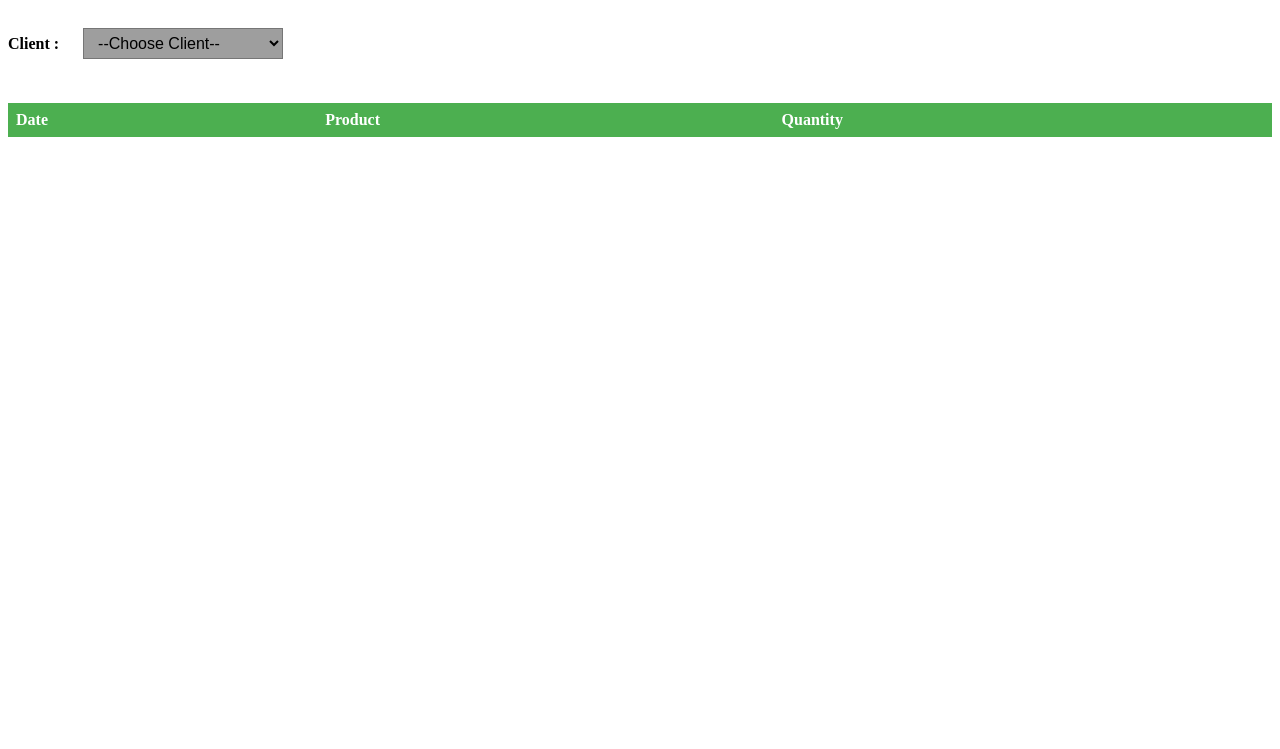
Repository: erjaimin/coding-ground
Page: http://localhost/SalesWebApp/stats.jsp
The author's editor kept a copy of each file at every save. The page is drawn from the files as they stood at one save, then again after the next save.
The browser window is 1280 px wide. The pictures show the whole page.
Pictures or frames that could not be fetched are drawn as grey boxes. Some web libraries are served in a nearby version. The page is served by Tomcat 9. Queries for data that is not in the repository find no rows.

Above is the page before, as saved 2017-11-28 18:45:59.

### SalesWebApp/WebContent/stats.jsp
<!DOCTYPE html>
<%@ page language="java" contentType="text/html; charset=UTF-8"
    pageEncoding="UTF-8"%>
<%@ page import="java.sql.*"%>
<%@ page import="java.util.Map"%>
<%@ page import="java.util.HashMap"%>
<%@ page import="java.util.LinkedHashMap"%>
<%@ taglib prefix="c" uri="http://java.sun.com/jsp/jstl/core" %>
<%! String query1 = "SELECT CUSTOMER.CUSTOMER_ID, CUSTOMER.CUSTOMER_NAME "+
	    "FROM CUSTOMER INNER JOIN SALES_ORDER ON SALES_ORDER.CUSTOMER_ID = CUSTOMER.CUSTOMER_ID "+
	    "GROUP BY CUSTOMER.CUSTOMER_ID, CUSTOMER.CUSTOMER_NAME";
	String query2 = "SELECT SUM(SALES_ORDER_LINE_ITEM.QUANTITY) AS Quantity, "+
	    "BOM.OUTPUT_DESCRIPTION AS Product, SALES_ORDER.BILLING_DATE FROM SALES_ORDER_LINE_ITEM "+
	    "INNER JOIN sales_order ON SALES_ORDER_LINE_ITEM.SALES_ORDER_ID = SALES_ORDER.SALES_ORDER_ID "+
	    "INNER JOIN CUSTOMER ON CUSTOMER.CUSTOMER_ID = SALES_ORDER.CUSTOMER_ID "+
	    "INNER JOIN BOM ON BOM.EFFECTIVE_DATE = SALES_ORDER.DELIVERY_DATE "+
	    "AND BOM.OUTPUT_PRODUCT_ID = SALES_ORDER_LINE_ITEM.PRODUCT_ID "+
	    "WHERE CUSTOMER.CUSTOMER_ID = ? GROUP BY "+
	    "BOM.OUTPUT_DESCRIPTION, SALES_ORDER.BILLING_DATE";
	String query3 ="SELECT SIM_DATE FROM CURRENT_SIM_DATE";
	/* String query3 ="SELECT SIM_DATE.SIM_DATE FROM CURRENT_SIM_DATE "+
	    "INNER JOIN SIM_DATE ON CURRENT_SIM_DATE.CUR_NB_DAYS >= SIM_DATE.NB_DAYS "+
	    "WHERE VDAY <= MAX_DAYS_PER_ROUND"; */
%>
<%
	ResultSet clients = null;
	ResultSet products = null;
	ResultSet dates = null;
	String server = "avenger.hec.ca\\erpsim";
    String database = "ERPSIM";
    String password = "ERPSIM";
	String path = null;
	Map<String, Map<String, Integer>> productDateMap = new HashMap<>();
	Map<String, Integer> dateMap = new LinkedHashMap<>();;
	try{
		/* Class.forName("com.microsoft.sqlserver.jdbc.SQLServerDriver");
        String connectionUrl = "jdbc:sqlserver://"+server+";databaseName="+database+";user=DAIRY1;password="+password+";";
        Connection connection = (Connection) DriverManager.getConnection(connectionUrl); */
        Class.forName("com.mysql.jdbc.Driver");
        String connectionUrl = "jdbc:mysql://localhost:3306/ERPSIM";
        Connection connection = (Connection) DriverManager.getConnection(connectionUrl, "root", "system");
		Statement st = connection.createStatement();
		clients = st.executeQuery(query1);
		String client = request.getParameter("client");
		if(client != "" && client != null && !client.equals("&")){
			Statement st2 = connection.createStatement(ResultSet.TYPE_SCROLL_INSENSITIVE, ResultSet.CONCUR_READ_ONLY);
			products = st2.executeQuery(query2.replace("?", client));
			Statement st3 = connection.createStatement();
			dates =  st3.executeQuery(query3);
			if(dates != null && products != null){
				while(dates.next()){
					dateMap.put(dates.getString(1), 0);
				}
				while(products.next()){
					int quantity = products.getInt(1);
					String product = products.getString(2);
					String date = products.getString(3);
					//System.out.println(product+";"+date+";"+quantity);
					Map<String, Integer> map = null;
					if(productDateMap.get(product) == null){
						productDateMap.put(product, new LinkedHashMap<>(dateMap));
						map = productDateMap.get(product);
						map.put(date, quantity);
					}else{
						map = productDateMap.get(product);
						if(map.get(date) != null){
							System.out.println(date +"=>"+map.get(date)+";"+quantity);
							map.put(date, map.get(date)+quantity);
						}
					}
					productDateMap.put(product, map);
				}
				products.beforeFirst();
			}
		}
	}catch(Exception e){
		System.out.println("Could not connect to database");
		e.printStackTrace();
	}
%>
<html>
<head>
	<meta http-equiv="Content-Type" content="text/html; charset=UTF-8">
	<title>Sales Statistics</title>
	<style type="text/css">
		.header{
			position: fixed;
		    width: 100%;
		    height: 75px;
		    background-color: white;
		    padding: 0px;
		    margin: 0;
		}
		.spacer{
			width: 100%;
   		    height: 95px;
		}
		#customerDropDown{
			  -webkit-appearance: button;
			  -webkit-padding-end: 20px;
			  -webkit-padding-start: 2px;
			  background-image: url(http://i62.tinypic.com/15xvbd5.png),
			    -webkit-linear-gradient(#fafafa, #f4f4f4 40%, #e5e5e5);
			  background-position: 97% center;
			  background-repeat: no-repeat;
			  font-size: medium;
			  margin: 20px;
			  overflow: hidden;
			  padding: 5px 10px;
			  text-overflow: ellipsis;
			  white-space: nowrap;
			  width: 200px;
		}
		.button {
		    border: none;
		    padding: 16px 32px;
		    text-align: center;
		    text-decoration: none;
		    display: inline-block;
		    font-size: 16px;
		    margin: 4px 2px;
		    -webkit-transition-duration: 0.4s; /* Safari */
		    transition-duration: 0.4s;
		    cursor: pointer;
		}
		.button1 {
		    background-color: white;
		    color: black;
		    border: 2px solid #e7e7e7;
		}
		.button1:hover {background-color: #e7e7e7;}
		.button2 {
		    background-color: white;
		    color: black;
		    border: 2px solid #555555;
		}
		.button2:hover {
		    background-color: #555555;
		    color: white;
		}
		table {
		    border-collapse: collapse;
		    width: 100%;
		}
		th, td {
		    text-align: left;
		    padding: 8px;
		}
		th {
		    background-color: #4CAF50;
		    color: white;
		}

		tr:nth-child(even) {background-color: #f2f2f2;}
	</style>
	<script type="text/javascript">
		function init(){
			if(localStorage.getItem('selectedIndex') > 0){
				document.getElementById("customerDropDown").options[localStorage.getItem('selectedIndex')].selected = true;
				document.getElementById('btnTable').style.display = "inline-block";
				document.getElementById('btnGraph').style.display = "inline-block";

				var ctx = document.getElementById('myChart').getContext('2d');
				var options = {
						scales: {
							xAxes: [ { ticks: { autoSkip: false }
								 } ]
							}
				};
				var donnees = {
					    labels: [
					    	<%int noOfDates = dateMap.size();
					    	  int counter1 = 0;
					    	  for(Map.Entry<String, Integer> date : dateMap.entrySet()){%>
					    	  	<%="'"+date.getKey()+"'"%>
					    	  	<%if(counter1 +1 < noOfDates){counter1++;%>
					    	  		,
					    	<%}}%>
					    ],
					    datasets: [
					    	<%int noOfProducts = productDateMap.size();
					    	  int counter2 = 0;
					    	  for(Map.Entry<String, Map<String,Integer>> product : productDateMap.entrySet()){%>
					    	  {
							      label: '<%=product.getKey()%>',
							      data:[
							    	  <% int counter3 = 0;
							    	  for(Map.Entry<String, Integer> date : product.getValue().entrySet()){
							    	  %>
							    	  <%=date.getValue()%>
							    	  <%if(counter3 +1 < noOfDates){counter3++;%>
							    	  ,
							    	  <%}}%>
							      ]}
					    	  	<%if(counter2 +1 < noOfProducts){counter2++;%>
					    	  		,
					    	<%}}%>
					    ]
					  };
				var myChart = new Chart(ctx, {
					  type: 'line',
					  data: donnees,
					  options: options
					});
			}else{
				document.getElementById('btnTable').style.display = "none";
				document.getElementById('btnGraph').style.display = "none";
			}
		}

		function fetchClientDetails(e){
			var selectedValue= e.options[e.selectedIndex].value;
			localStorage.setItem('selectedIndex',e.selectedIndex);
			if(e.selectedIndex > 0){
				window.location.replace("stats.jsp?client=" + selectedValue);
			}else{
				window.location.replace("stats.jsp?client=&");
			}
		}

		function tableView(){
			localStorage.removeItem('view');
		}

		function graphView(){
			alert('graph');
			localStorage.setItem('view','graph');
		}
	</script>
	<script src="https://cdnjs.cloudflare.com/ajax/libs/Chart.js/2.6.0/Chart.min.js"></script>
</head>
<body onload="init();">
	<div class="header">
		<label for="customerDropDown" style="font-size: medium; font-weight: bold;">Client : </label>
		<select id="customerDropDown" name="customerDropDown" onchange="fetchClientDetails(this);">
			<option value="&" selected>--Choose Client--</option>
			<%if(clients != null){
	            while(clients.next()){%>
					<option value="<%=clients.getString(1) %>"><%=clients.getString(2) %></option>
			<%}} %>
		</select>
		<input type="button" id="btnTable" value="Table" class="button button1" onclick="tableView();"/>
		<input type="button" id="btnGraph" value="Graph" class="button button2" onclick="graphView();"/>
	</div>
	<div class="spacer">
    	&nbsp;
	</div>
	<div class="table">
		<table>
			<tr>
				<th>Date</th>
				<th>Product</th>
				<th>Quantity</th>
			</tr>
			<%if(products != null){
	            while(products.next()){%>
			<tr>
				<td><%=products.getString(3) %></td>
				<td><%=products.getString(2) %></td>
				<td><%=products.getString(1) %></td>
			</tr>
			<%}}%>
		</table>
	</div>
	<div class="graph">
		<canvas id="myChart" width='800' height='600'></canvas>
	</div>
</body>
</html>

After the next save:
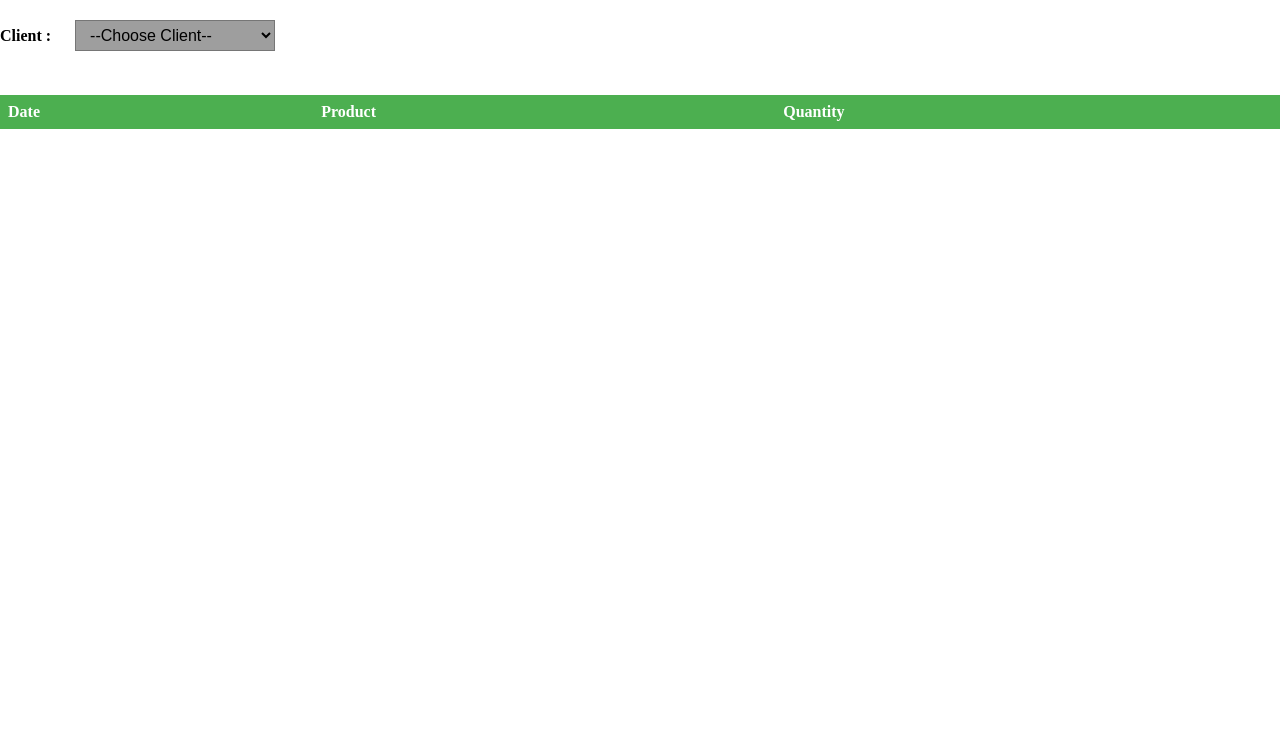
Saved 67 s later.
--- a/SalesWebApp/WebContent/stats.jsp
+++ b/SalesWebApp/WebContent/stats.jsp
@@ -91,6 +91,10 @@
 		    padding: 0px;
 		    margin: 0;
 		}
+		body{
+			padding: 0;
+			margin: 0;
+		}
 		.spacer{
 			width: 100%;
    		    height: 95px;
